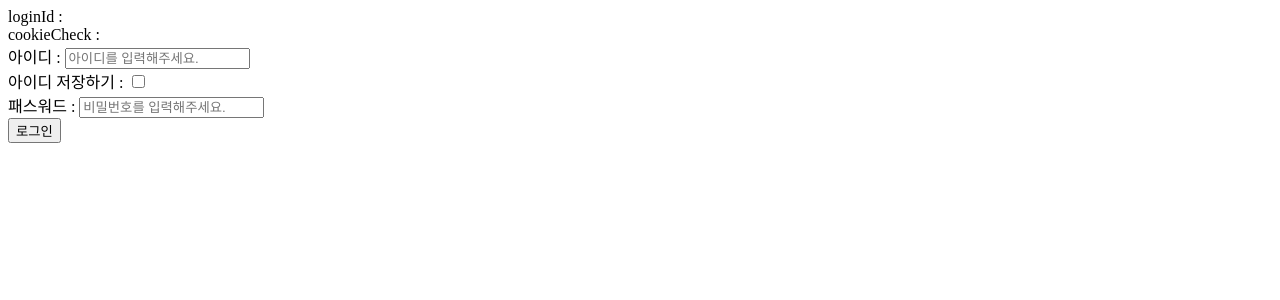
Repository: kimeuiyeob/KOPO_JSP_Study_2
Page: http://localhost/JspStudy/04Cookie/IdSaveMain.jsp
The author's editor kept a copy of each file at every save. The page is drawn from the files as they stood at one save, then again after the next save.
The browser window is 1280 px wide. The pictures show the whole page.
The page is served by Tomcat 9.

Above is the page before, as saved 2023-06-19 07:32:19.

After the next save:
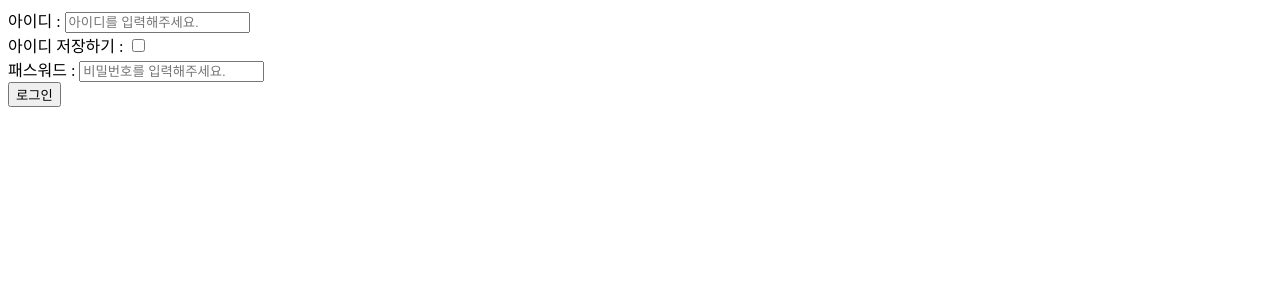
Saved 95 s later.
--- a/JspStudy/src/main/webapp/04Cookie/IdSaveMain.jsp
+++ b/JspStudy/src/main/webapp/04Cookie/IdSaveMain.jsp
@@ -16,8 +16,6 @@
 		cookieCheck = "checked";
 	}
 
-	out.print("loginId : " + loginId + "<br>");
-	out.print("cookieCheck : " + cookieCheck);
 	%>
 
 	<form action="IdSaveProcess.jsp" method="post">
